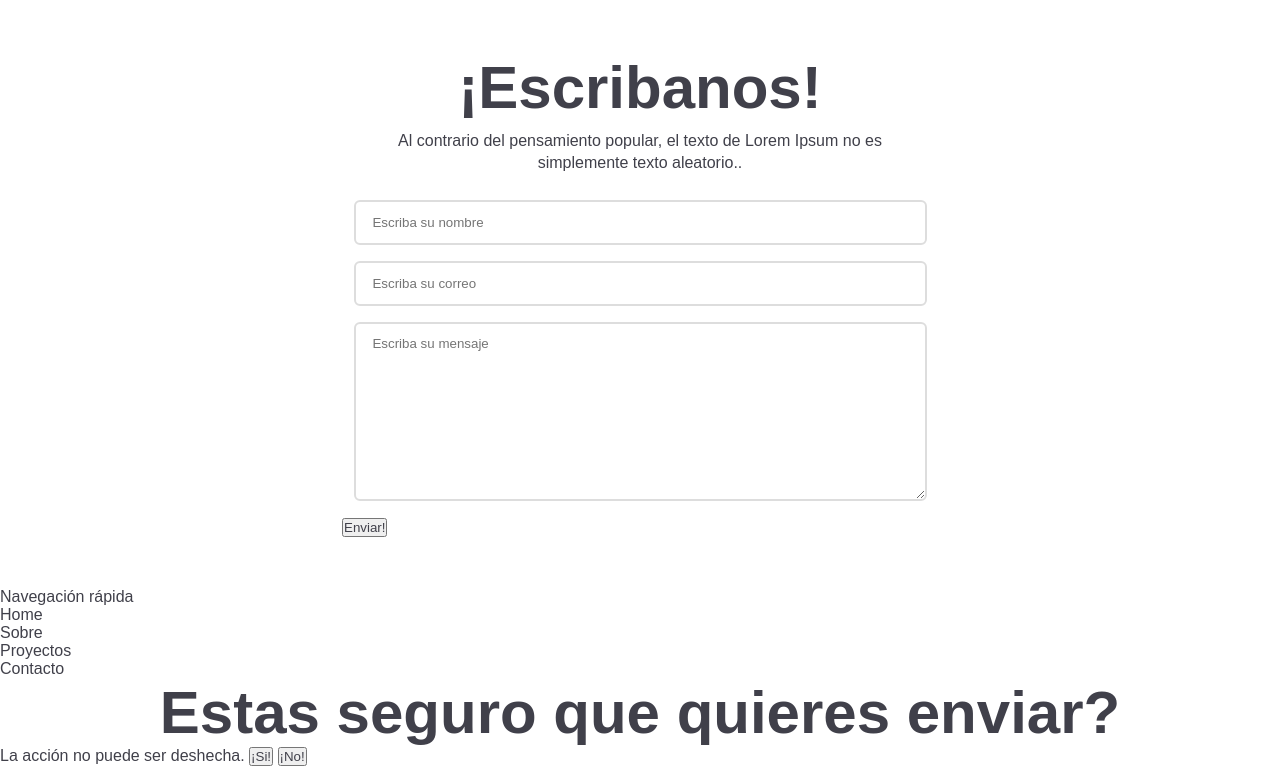
Repository: robsonmarkes/accesibilidad
Page: index.html
An editor plug-in stored every save of this project. The page is shown before and after the next save, followed by the edit.
The browser window is 1280 px wide. The pictures show the part of the page from y = 1369 to 2171 px (the page is 2135 px tall before and 2171 px after).
A picture or video elsewhere on the page could not be fetched, so the positions and the page height are approximate.

Above is the page before, as saved 2022-10-11 10:59:20.

After the next save:
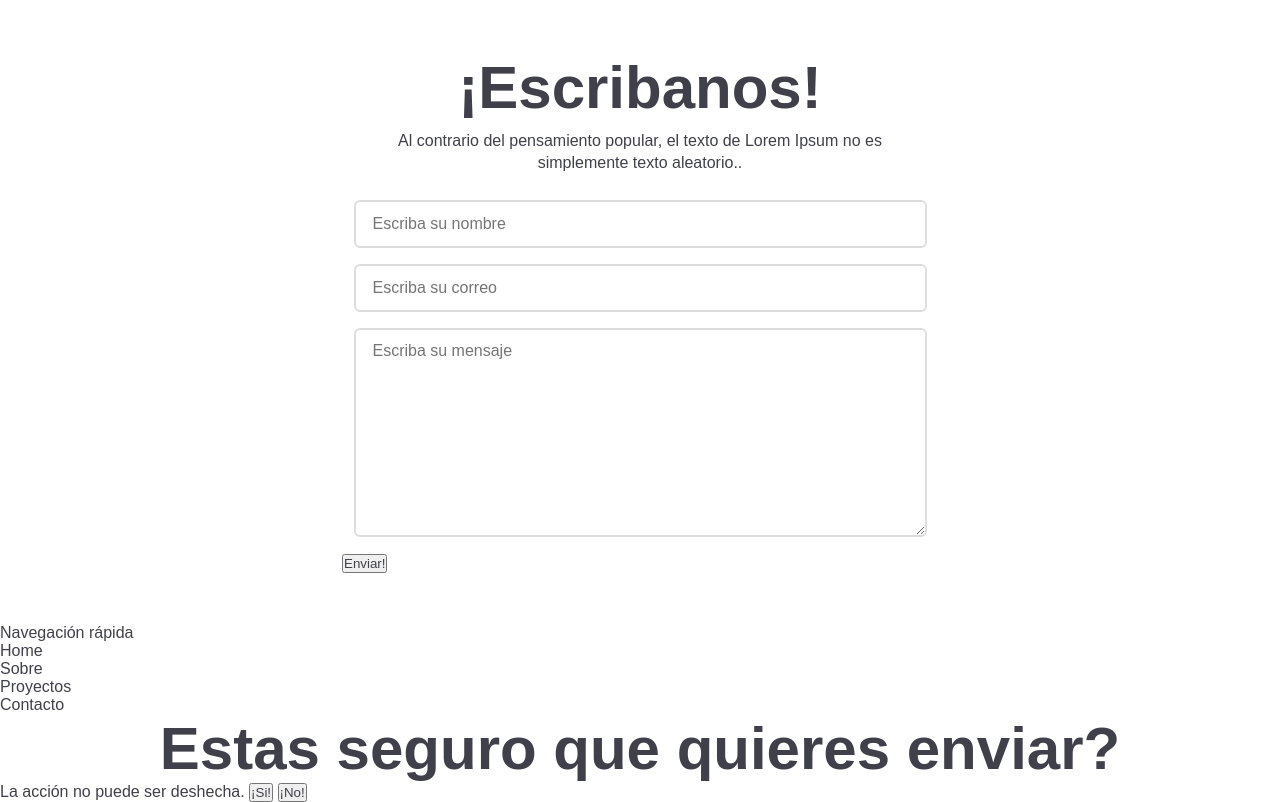
Saved 76 s later.
--- a/style.css
+++ b/style.css
@@ -149,10 +149,10 @@ body a:hover {
 }
 
 .wrap .content .article form .form-group input, .wrap .content .article form .form-group textarea {
+    font-size: 1rem;
     padding: 0.8rem 1rem;
     margin: 0.5rem;
     border: 2px solid #ddd;
     border-radius: 6px;
     width: 90%;
-
 }
